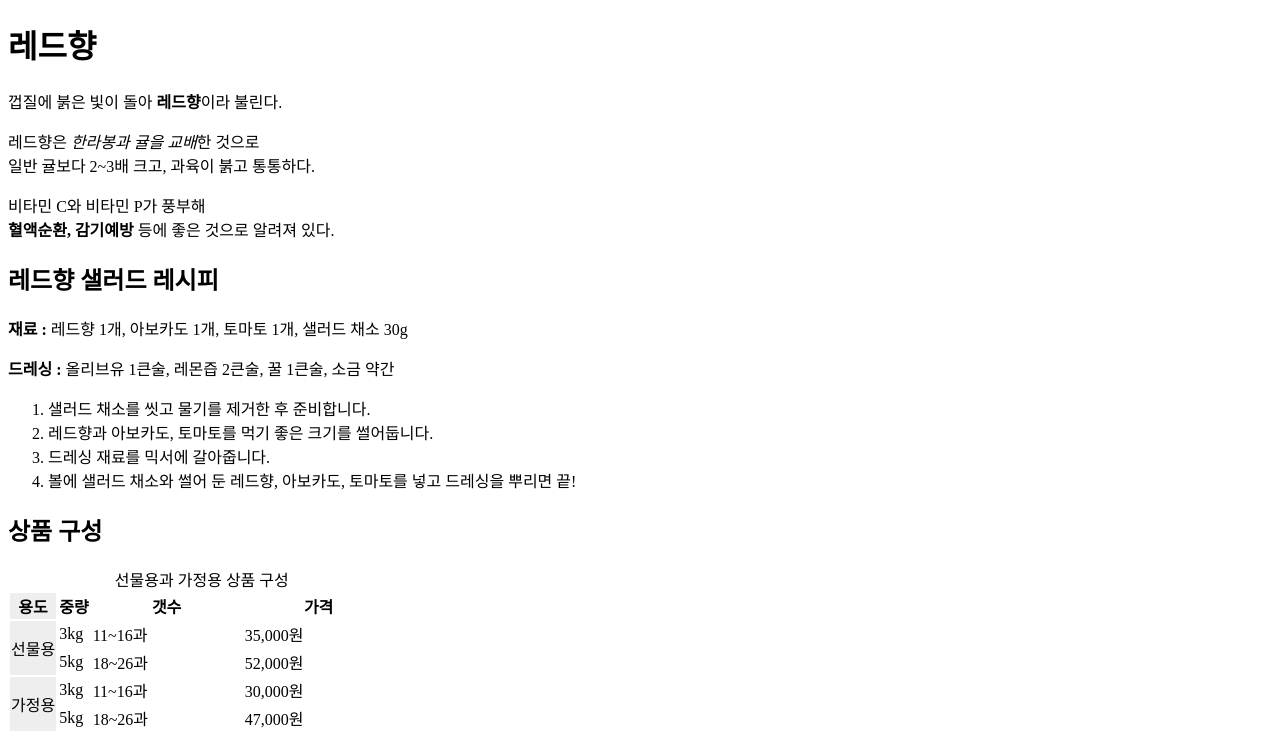
Repository: topyoungil/CodeMemories-ByJake
Page: HTML_CSS/WebContent/test/1003_css/product-result.html
These files come from the project's save history. The page is drawn as it stood at one moment and after the next save; the edit follows.
The browser window is 1280 px wide. The pictures show the whole page.

Above is the page before, as saved 2022-10-03 05:44:43.

### HTML_CSS/WebContent/test/1003_css/product-result.html
<!DOCTYPE html>
<html>
<head>
<meta charset="UTF-8">
<title>Insert title here</title>
<style></style>
</head>
<body>
<div id="container">
    <div id="description">
      <h1>레드향</h1>
      <p>껍질에 붉은 빛이 돌아 <b>레드향</b>이라 불린다.</p>
      <p>레드향은 <em>한라봉과 귤을 교배</em>한 것으로<br>일반 귤보다 2~3배 크고, 과육이 붉고 통통하다.</p>
      <p>비타민 C와 비타민 P가 풍부해<br> <strong>혈액순환, 감기예방</strong> 등에 좋은 것으로 알려져 있다.</p>
    </div>
    <div id="receipe">
      <h2>레드향 샐러드 레시피</h2>
      <p><b>재료 : </b>레드향 1개, 아보카도 1개, 토마토 1개, 샐러드 채소 30g</p>
      <p><b>드레싱 : </b>올리브유 1큰술, 레몬즙 2큰술, 꿀 1큰술, 소금 약간</p>
      <ol>
        <li>샐러드 채소를 씻고 물기를 제거한 후 준비합니다.</li>
        <li>레드향과 아보카도, 토마토를 먹기 좋은 크기를 썰어둡니다.</li>
        <li>드레싱 재료를 믹서에 갈아줍니다.</li>
        <li>볼에 샐러드 채소와 썰어 둔 레드향, 아보카도, 토마토를 넣고 드레싱을 뿌리면 끝!</li>
      </ol>
    </div>
    <div id="package">
      <h2>상품 구성</h2>
      <table>
        <caption>선물용과 가정용 상품 구성</caption>
        <colgroup>
          <col style="background-color:#eee;">
          <col>
          <col span="2" style="width:150px">
        </colgroup>
        <thead>
          <tr>
            <th>용도</th>
            <th>중량</th>
            <th>갯수</t>
            <th>가격</th>
          </tr>
        </thead>
        <tbody>
          <tr>
            <td rowspan="2">선물용</td>
            <td>3kg</td>
            <td>11~16과</td>
            <td>35,000원</td>
          </tr>
          <tr>
            <td>5kg</td>
            <td>18~26과</td>
            <td>52,000원</td>
          </tr>
          <tr>
            <td rowspan="2">가정용</td>
            <td>3kg</td>
            <td>11~16과</td>
            <td>30,000원</td>
          </tr>
          <tr>
            <td>5kg</td>
            <td>18~26과</td>
            <td>47,000원</td>
          </tr>
        </tbody>
      </table>
    </div>
    </div>
</body>
</html>

After the next save:
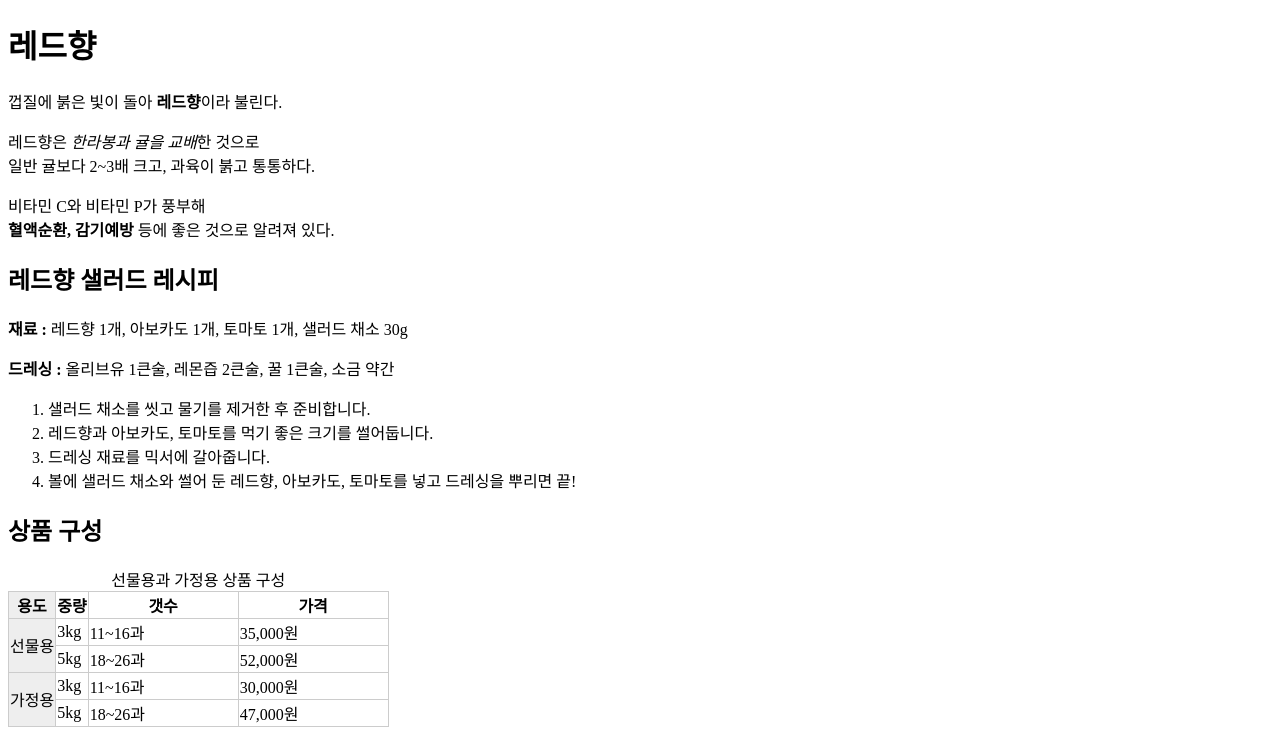
Saved 2 min 12 s later.
--- a/HTML_CSS/WebContent/test/1003_css/product-result.html
+++ b/HTML_CSS/WebContent/test/1003_css/product-result.html
@@ -3,7 +3,13 @@
 <head>
 <meta charset="UTF-8">
 <title>Insert title here</title>
-<style></style>
+<style>
+	table, th, td {
+		border: 1px solid #ccc;
+		border-collapse: collapse;
+	}
+
+</style>
 </head>
 <body>
 <div id="container">
